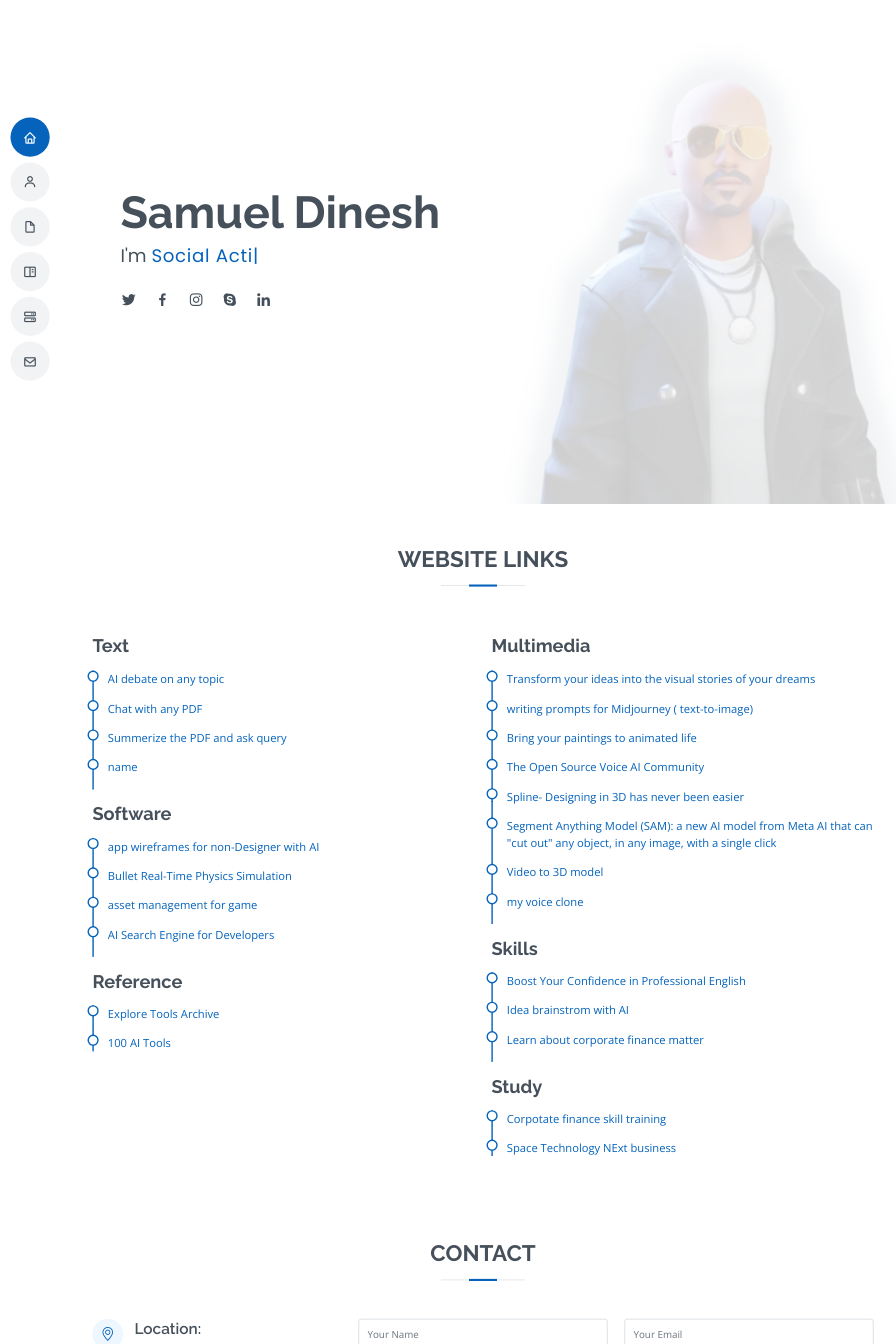
Repository: samueldinesh/web
Page: index.html
The author's editor kept a copy of each file at every save. The page is drawn from the files as they stood at one save, then again after the next save.
The browser window is 1280 px wide. The pictures show the part of the page from y = 0 to 1920 px (the page is 2576 px tall before and 2600 px after), at 70% of full size.

Above is the page before, as saved 2023-04-21 15:35:24.

After the next save:
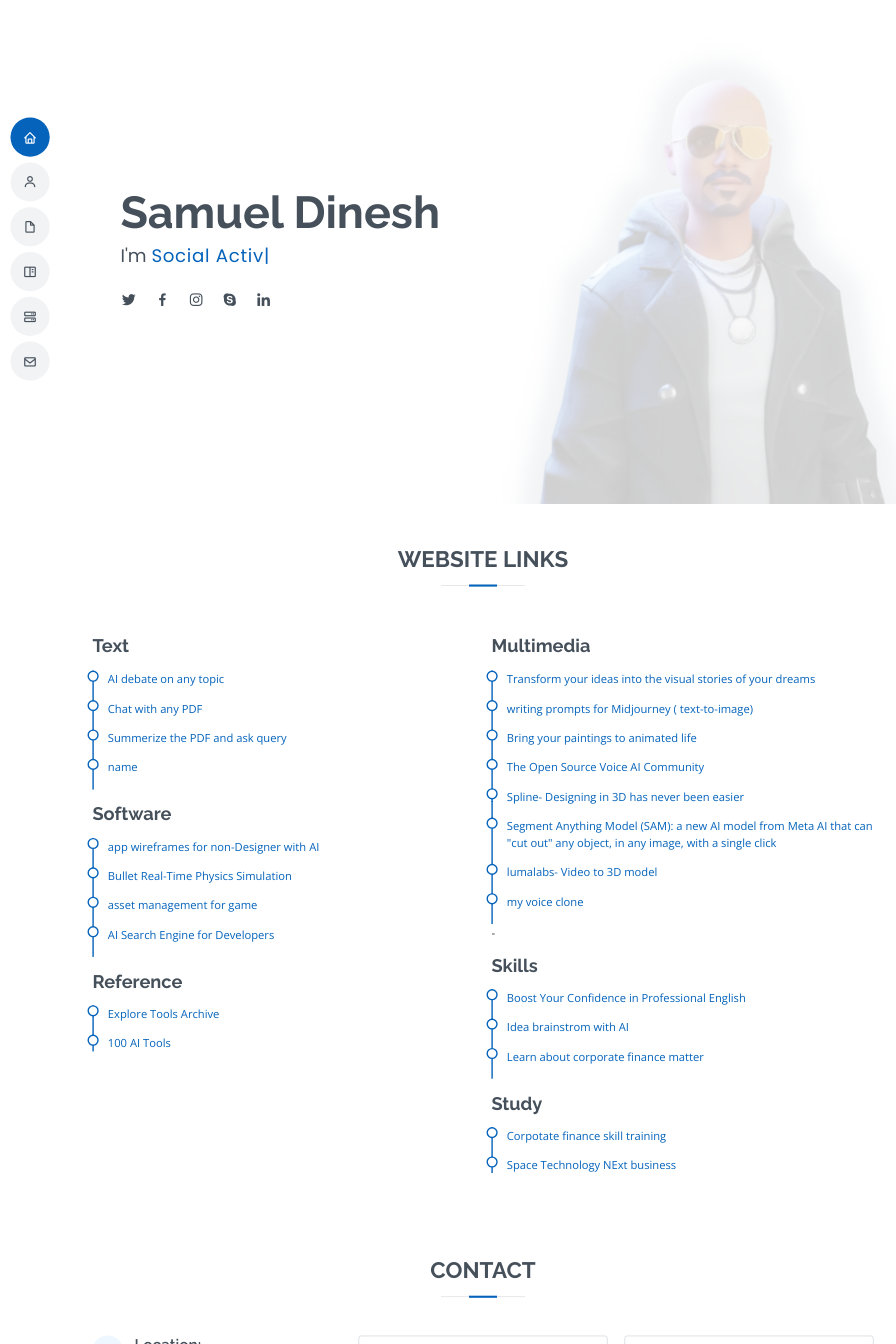
Saved 20 s later.
--- a/index.html
+++ b/index.html
@@ -150,12 +150,12 @@
               <a href="https://segment-anything.com/">Segment Anything Model (SAM): a new AI model from Meta AI that can "cut out" any object, in any image, with a single click</a>
             </div>
             <div class="resume-item">
-              <a href="https://lumalabs.ai/">Video to 3D model</a>
+              <a href="https://lumalabs.ai/">lumalabs- Video to 3D model</a>
             </div>
             <div class="resume-item">
               <a href="https://www.myvocal.ai/my-voice">my voice clone</a>
             </div>
-
+-
 
 
 
